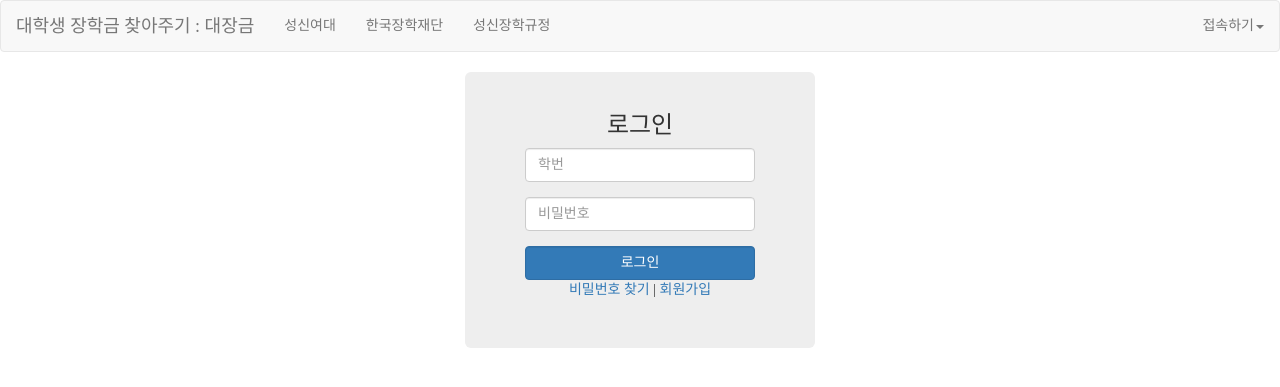
Repository: jiwon-214/DJG
Page: http://localhost/DJG/login.jsp
An editor plug-in stored every save of this project. The page is shown before and after the next save, followed by the edit.
The browser window is 1280 px wide. The pictures show the whole page.
Some web fonts or font styles are not loaded; a fallback is used. Some web libraries are served in a nearby version. The page is served by Tomcat 9.

Above is the page before, as saved 2022-01-07 21:19:21.

After the next save:
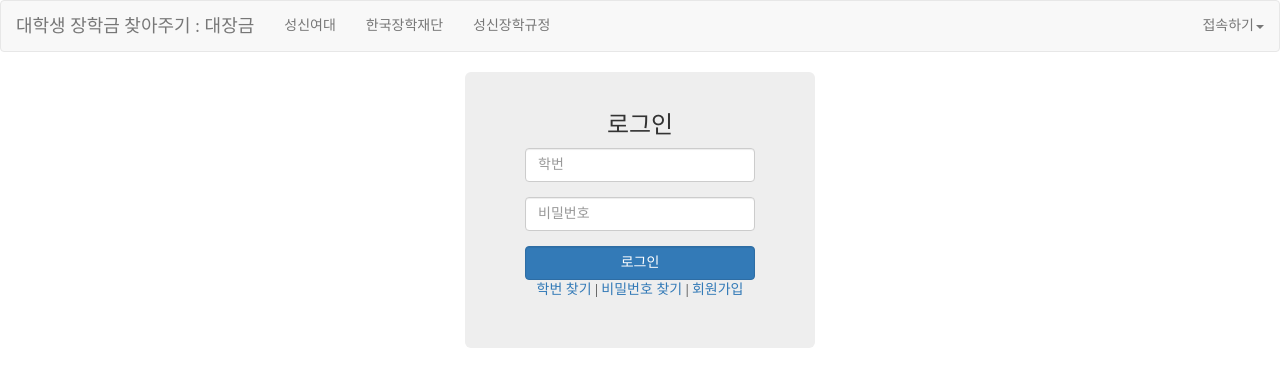
Saved 3 min 3 s later.
--- a/DJG/WebContent/login.jsp
+++ b/DJG/WebContent/login.jsp
@@ -55,7 +55,7 @@
 					<input type="submit" class="btn btn-primary form-control" value="로그인">
 				</form>
 				<div class="link" style="text-align:center;">
-					<a href= "findPW.jsp">비밀번호 찾기</a> | <a href= "join.jsp">회원가입</a>
+					<a href="findID.jsp">학번 찾기</a> | <a href= "findPW.jsp">비밀번호 찾기</a> | <a href= "join.jsp">회원가입</a>
 				</div>
 			</div>
 		</div>
